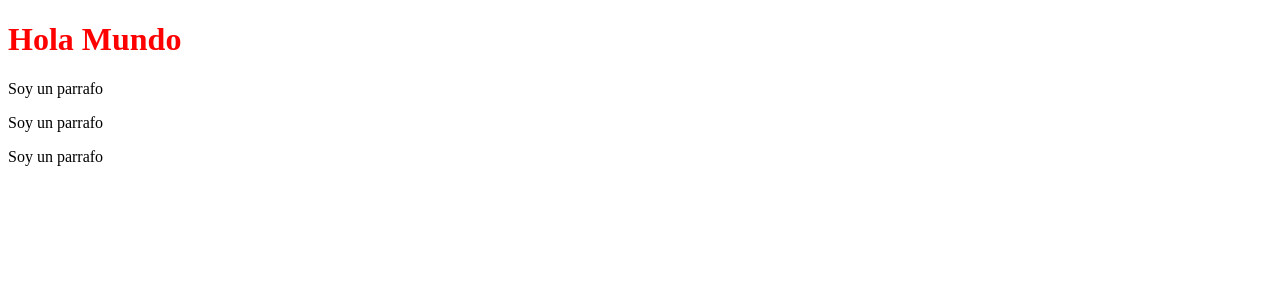
Repository: Klauditha/desafio_modulo_react
Page: / (app in 01_Introduccion/ClasePrincipal/)
These files come from the project's save history. The page is drawn as it stood at one moment and after the next save; the edit follows.
The browser window is 1280 px wide. The pictures show the whole page.
The project was rebuilt for these pictures with package versions that can differ from the ones it lists, and the page was loaded fresh each time. Also part of the build but not shown: 01_Introduccion/ClasePrincipal/vite.config.js, 01_Introduccion/ClasePrincipal/src/index.css.

Above is the page before, as saved 2023-09-07 23:20:34.

### 01_Introduccion/ClasePrincipal/src/App.jsx
import './App.css'
import Header from './component/Header'

const App = () => {
  return (
    //Uso de Fragment <>
    <>
    <Header/>
      <h1>Hola Mundo</h1>
      <p>Soy un parrafo</p>
      <p>Soy un parrafo</p>
      <p>Soy un parrafo</p>
    </>
  );
};

export default App;

### 01_Introduccion/ClasePrincipal/src/component/Header.jsx
const Header = () => {
    return(
        <>
        </>)
}

export default Header

Loaded but not shown: 01_Introduccion/ClasePrincipal/index.html (common file); 01_Introduccion/ClasePrincipal/src/main.jsx (common file); 01_Introduccion/ClasePrincipal/src/App.css (common file)

After the next save:
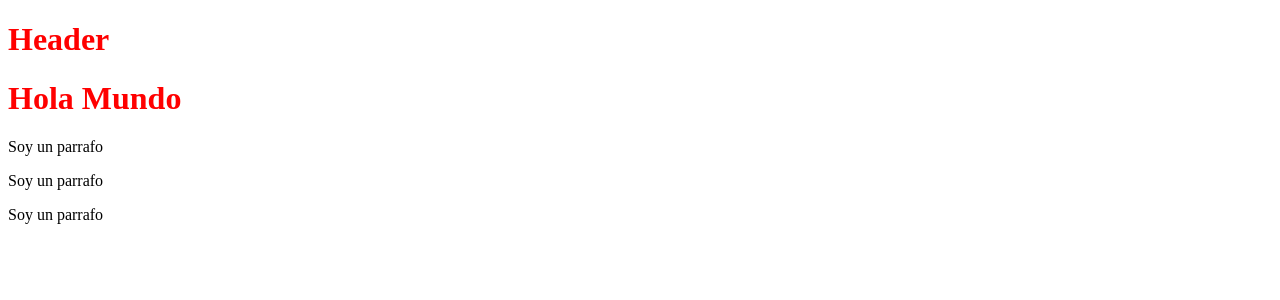
Saved 51 s later.
--- a/01_Introduccion/ClasePrincipal/src/component/Header.jsx
+++ b/01_Introduccion/ClasePrincipal/src/component/Header.jsx
@@ -1,7 +1,9 @@
 const Header = () => {
-    return(
-        <>
-        </>)
-}
+  return (
+    <>
+      <h1>Header</h1>
+    </>
+  );
+};
 
-export default Header
+export default Header;
